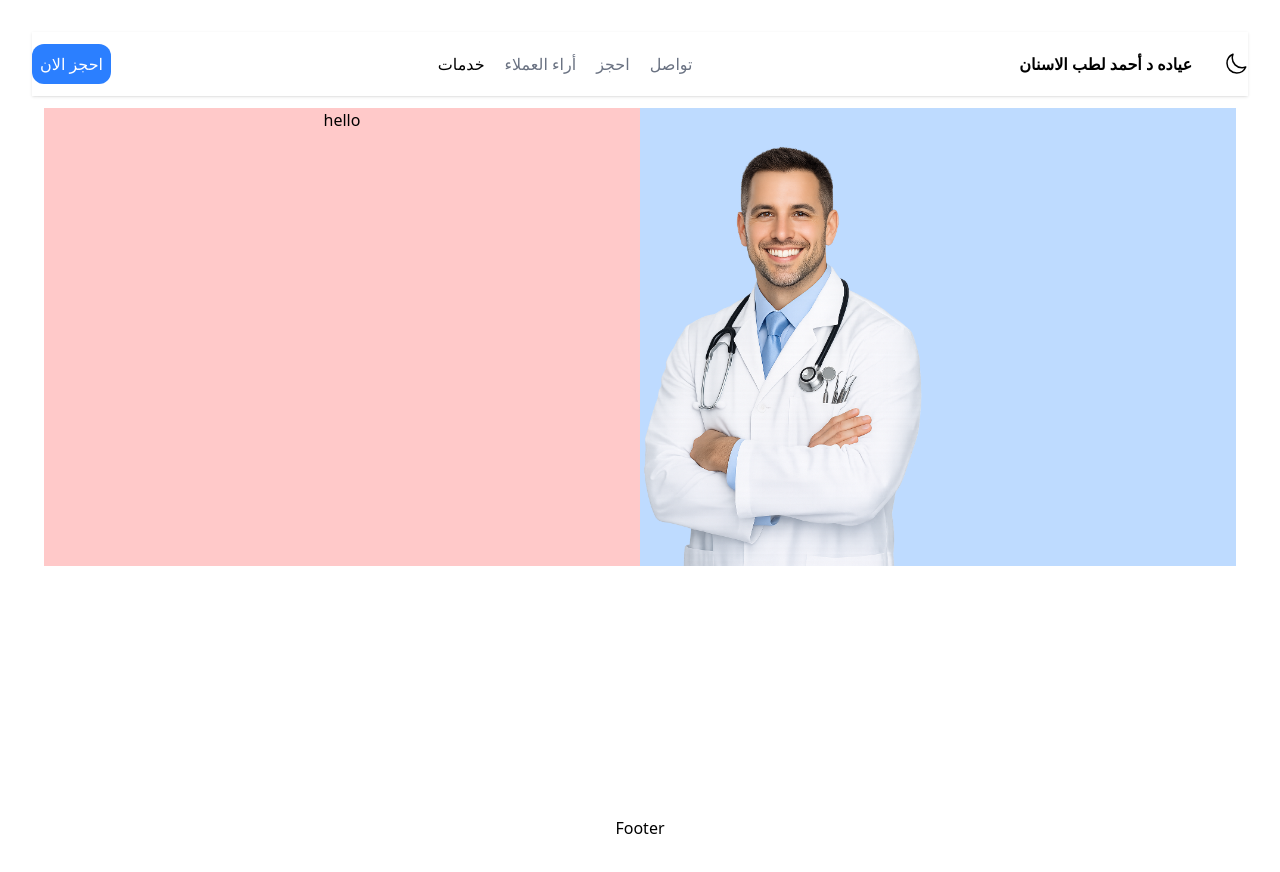
Repository: mohamedehab23-pro/clinic
Page: /
The author's editor kept a copy of each file at every save. The page is drawn from the files as they stood at one save, then again after a run of saves.
The browser window is 1280 px wide. The pictures show the whole page.
The project was rebuilt for these pictures with package versions that can differ from the ones it lists, and the page was loaded fresh each time. Also part of the build but not shown: vite.config.js, src/Pages/AboutPage.jsx, src/Pages/ContactPage.jsx, src/Pages/NotFound.jsx, src/Components/Child.jsx, src/Components/Parent.jsx.

Above is the page before, as saved 2026-02-22 14:06:40.

After the next 2 saves:
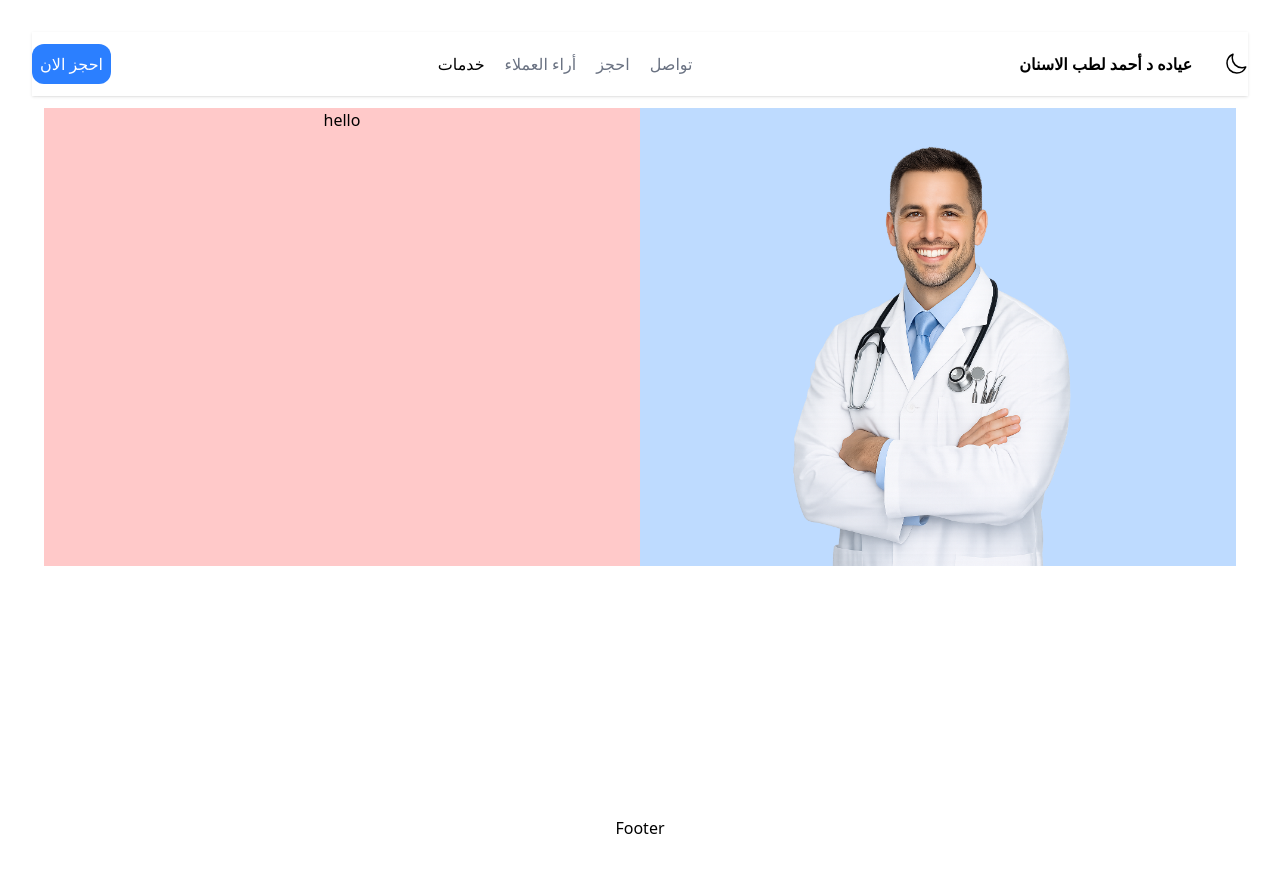
The 2 saves are shown as one change because they came seconds apart.
The last was saved 8 s later.
--- a/src/Pages/HeroPage.jsx
+++ b/src/Pages/HeroPage.jsx
@@ -7,7 +7,7 @@ export default function HomePage() {
 <div className='bg-red-200 w-full '>
   hello
 </div>
-<div className='bg-blue-200 w-full '>
+<div className='bg-blue-200 w-full flex justify-center items-center'>
  <img src={sora} alt="doctor" className='w-[50%] ' />
 </div>
       </div>
